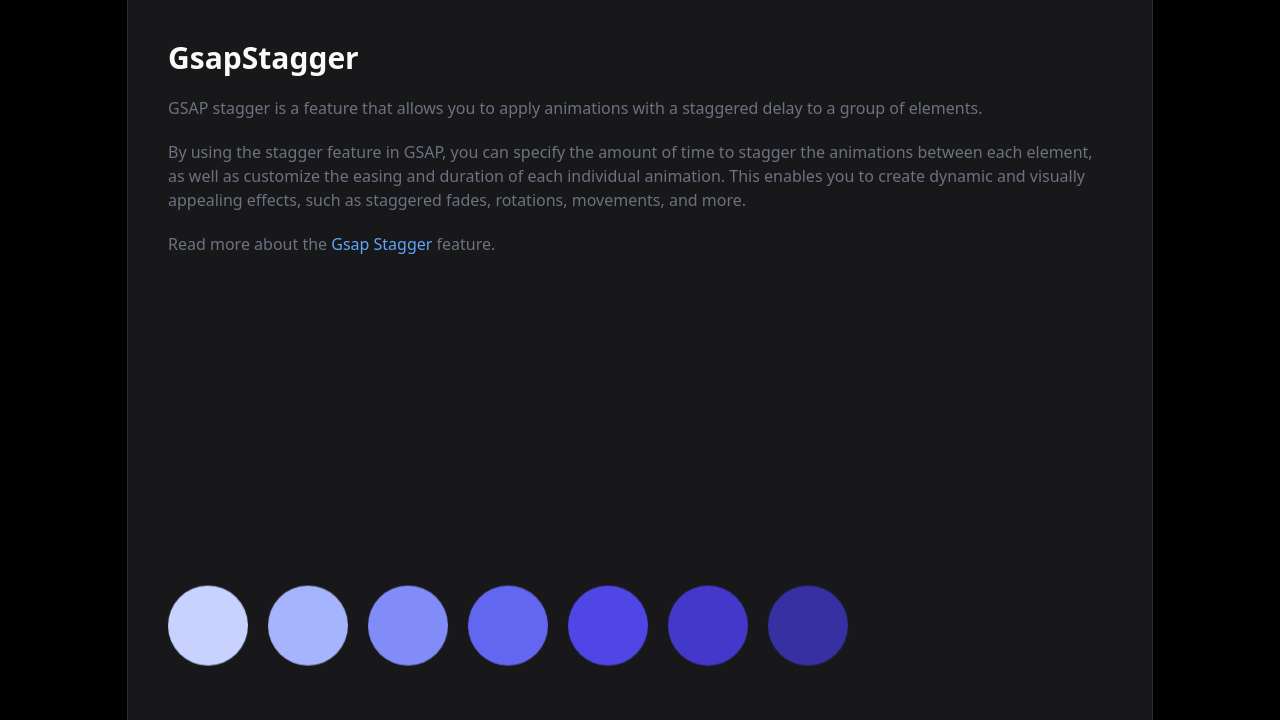
Repository: mgoyeghiaian/gsap-Starter
Page: /gsapstagger
The author's editor kept a copy of each file at every save. The page is drawn from the files as they stood at one save, then again after a run of saves.
The browser window is 1280 px wide. The pictures show the whole page.
The project was rebuilt for these pictures with package versions that can differ from the ones it lists, and the page was loaded fresh each time. Also part of the build but not shown: vite.config.js, src/pages/Home.jsx, src/pages/GsapTo.jsx, src/pages/GsapFrom.jsx, src/pages/GsapFromTo.jsx, src/pages/GsapTimeline.jsx, src/pages/GsapScrollTrigger.jsx, src/pages/GsapText.jsx.

Above is the page before, as saved 2024-03-17 23:51:18.

### src/pages/GsapStagger.jsx
import { useGSAP } from "@gsap/react";
import gsap from "gsap";

const GsapStagger = () => {
  // TODO: Implement the gsap.stagger() method
  useGSAP(() => {
    gsap.to('.stagger-box', {
      y: 250,
      rotation: 360,
      borderRadius: '100%',
      repeat: -1,
      yoyo: true
    });
  }, [])
  return (
    <main>
      <h1>GsapStagger</h1>

      <p className="mt-5 text-gray-500">
        GSAP stagger is a feature that allows you to apply animations with a
        staggered delay to a group of elements.
      </p>

      <p className="mt-5 text-gray-500">
        By using the stagger feature in GSAP, you can specify the amount of time
        to stagger the animations between each element, as well as customize the
        easing and duration of each individual animation. This enables you to
        create dynamic and visually appealing effects, such as staggered fades,
        rotations, movements, and more.
      </p>

      <p className="mt-5 text-gray-500">
        Read more about the{" "}
        <a
          href="https://gsap.com/resources/getting-started/Staggers"
          target="_blank"
          rel="noreferrer noopener nofollow"
        >
          Gsap Stagger
        </a>{" "}
        feature.
      </p>

      <div className="mt-20">
        <div className="flex gap-5">
          <div className="w-20 h-20 bg-indigo-200 rounded-lg stagger-box" />
          <div className="w-20 h-20 bg-indigo-300 rounded-lg stagger-box" />
          <div className="w-20 h-20 bg-indigo-400 rounded-lg stagger-box" />
          <div className="w-20 h-20 bg-indigo-500 rounded-lg stagger-box" />
          <div className="w-20 h-20 bg-indigo-600 rounded-lg stagger-box" />
          <div className="w-20 h-20 bg-indigo-700 rounded-lg stagger-box" />
          <div className="w-20 h-20 bg-indigo-800 rounded-lg stagger-box" />
        </div>
      </div>
    </main>
  );
};

export default GsapStagger;

Loaded but not shown: index.html (common file); src/main.jsx (common file); src/App.jsx (common file); src/index.css (common file); src/pages/index.jsx (common file); tailwind.config.js (common file)

After the next 6 saves:
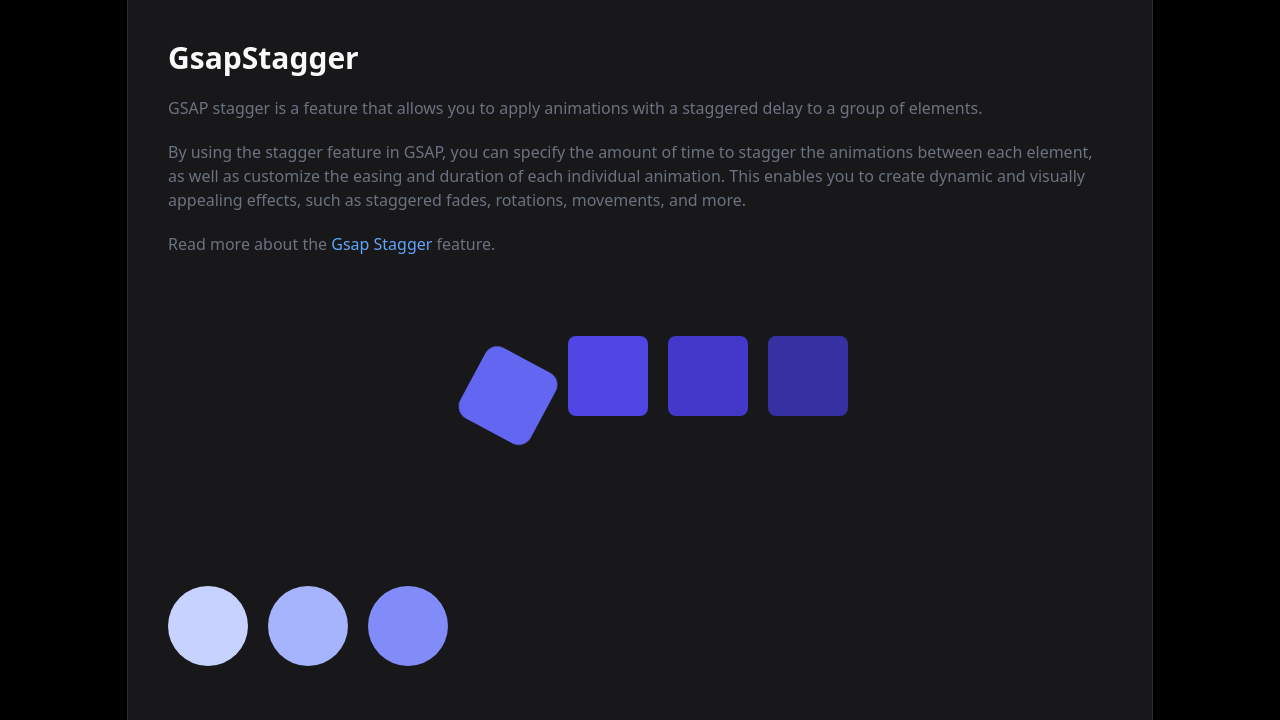
The 6 saves are shown as one change because they came seconds apart.
The last was saved 26 s later.
--- a/src/pages/GsapStagger.jsx
+++ b/src/pages/GsapStagger.jsx
@@ -9,7 +9,8 @@
       rotation: 360,
       borderRadius: '100%',
       repeat: -1,
-      yoyo: true
+      yoyo: true,
+      stagger: 0.5,
     });
   }, [])
   return (

After the save that followed:
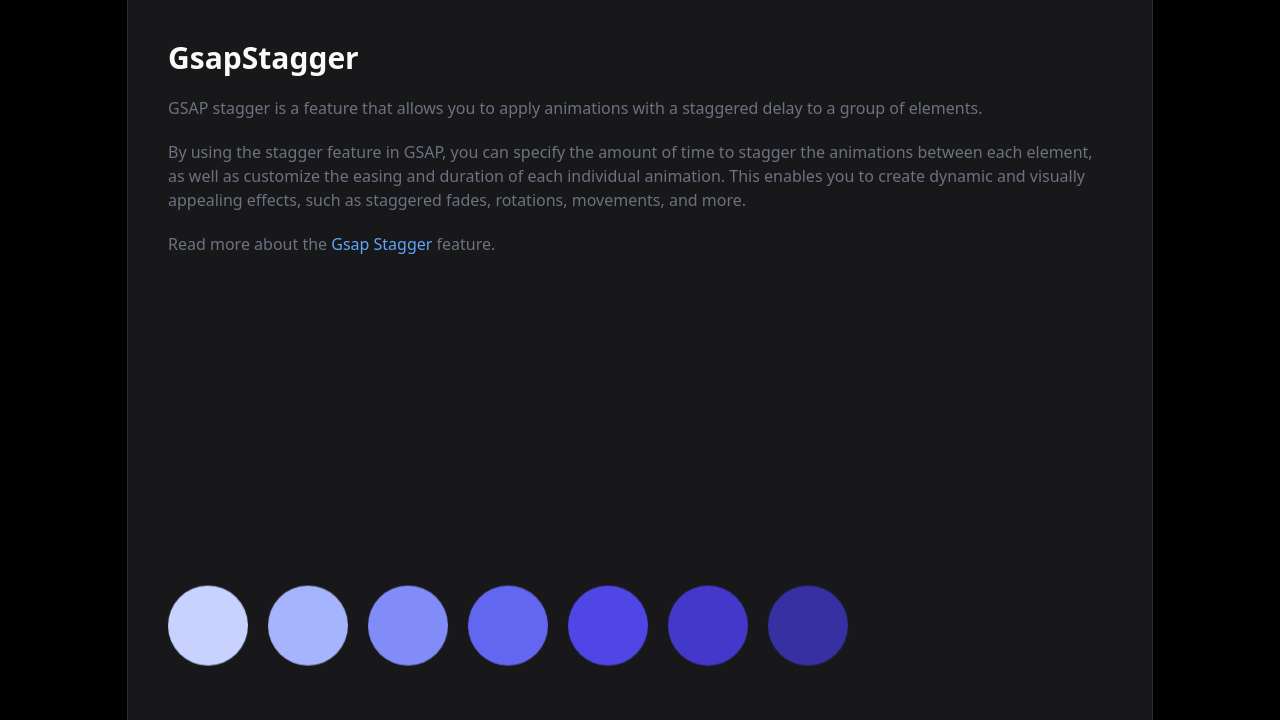
Saved 16 s later.
--- a/src/pages/GsapStagger.jsx
+++ b/src/pages/GsapStagger.jsx
@@ -10,7 +10,7 @@
       borderRadius: '100%',
       repeat: -1,
       yoyo: true,
-      stagger: 0.5,
+      // stagger: 0.5,
     });
   }, [])
   return (
